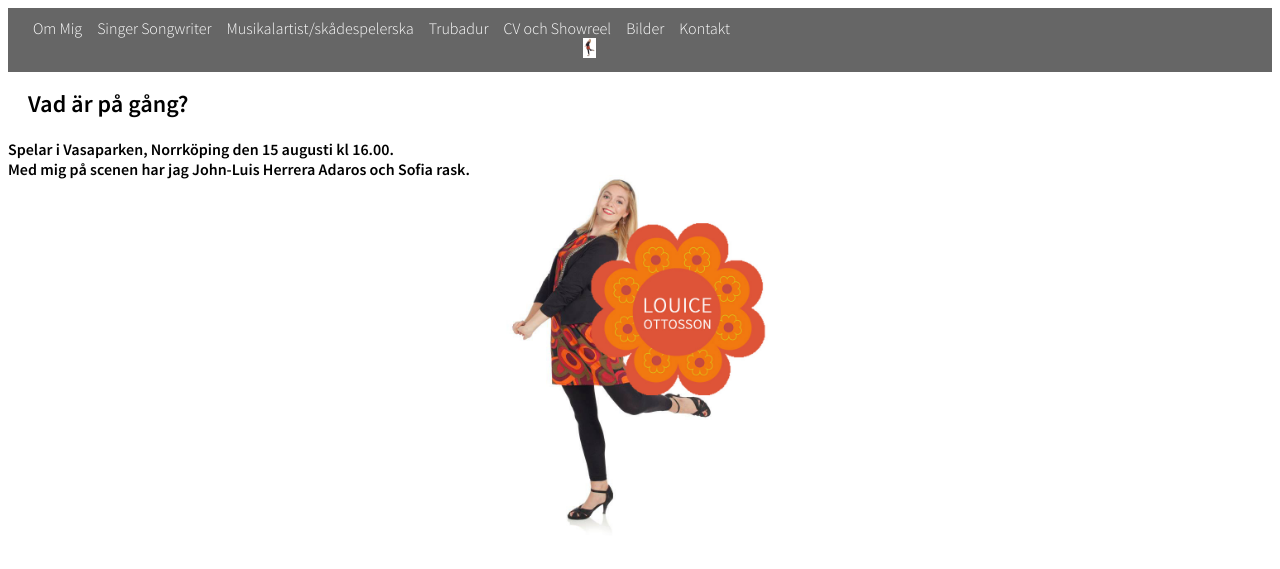
Repository: MarkusGirdland/LouiceOttosson
Page: index.html
The author's editor kept a record of every edit. The page is drawn from the files as they stood at one moment, then again after the next edit.
The browser window is 1280 px wide. The pictures show the whole page.

Above is the page before.

### index.html
<!doctype html>
<html lang="sv">
    <head>

        <meta charset="utf-8"/>
        <title>Louice Ottosson</title>
        <meta name="viewport" content="width:device-width, initial-scale=1.0" />
        <link rel="Stylesheet" media="only screen and (max-width:481px)" href="../css/basic.css" />
        <link rel="Stylesheet" href="css/basic.css" />
    </head>

    <body id="indexMain">
        <div id="container">

            <!-- Menyn -->
            <nav>
                <ul id="meny">
                    <li class="lista"><a href="pages/omMig.html">Om Mig</a></li>
                    <li class="lista"><a href="pages/singerSongwriter.html">Singer Songwriter</a></li>
                    <li class="lista"><a href="pages/musikalartist.html">Musikalartist/skådespelerska</a></li>
                    <li class="lista"><a href="pages/trubadur.html">Trubadur</a></li>
                    <li class="lista"><a href="pages/CVochShowreel.html">CV och Showreel</a></li>
                    <li class="lista"><a href="pages/bilder.html">Bilder</a></li>
                    <li class="lista"><a href="pages/kontakt.html">Kontakt</a></li>
                    <li class="lista"><a class="Index" href="index.html"><img src="images/danspose.jpg" alt="Start" width="auto" height="20" /></a></li>
                </ul>

                <select name="selector" onchange="window.location=this.value;">
                    <option value="" selected="selected">Välj sida...</option>

                    <option value="index.html">Hem</option>
                    <option value="pages/omMig.html">Om Mig</option>
                    <option value="pages/singerSongwriter.html">Singer Songwriter</option>
                    <option value="pages/musikalartist.html">Musikalartist/skådespelerska</option>
                    <option value="pages/trubadur.html">Trubadur</option>
                    <option value="pages/CVochShowreel.html">CV och Showreel</option>
                    <option value="pages/bilder.html">Bilder</option>
                    <option value="pages/kontakt.html">Kontakt</option>
              </select>
            </nav>

            <main>
            <br />
            <br />
                <h2 id="indexh2" class="CVtext">Vad är på gång?</h2>
                <p class="CVtext">Spelar i Vasaparken, Norrköping den 15 augusti kl 16.00. <br />
                Med mig på scenen har jag John-Luis Herrera Adaros och Sofia rask.</p>
            </main>
        </div>

        <script src="script/script.js"></script>
    </body>
</html>

### css/basic.css
#indexMain{
    background-image: url(../images/danspose2.jpg);
    background-repeat: no-repeat;
    background-position: center;
    background-attachment:fixed;

}

#omMigMain{
    background-image: url(../images/hej.jpg);
    background-repeat: no-repeat;
    background-position: center;
    background-attachment:fixed;
}

#singerSongwriterMain{
    background-color: black;
    background-image: url(../images/livekarusell.jpg);
    background-repeat: no-repeat;
    background-position: center;
    background-attachment:fixed;
    font-family: "SourceSansLight";
}

#musikalartistMain{
    background-color: black;
    background-image: url(../images/mj.jpg);
    background-repeat: no-repeat;
    background-position: center;
    background-attachment:fixed;
    font-family: "SourceSansLight";
}

#trubadurMain{
    background-image: url(../images/trubadur.jpg);
    background-repeat: no-repeat;
    background-position: center;
    background-attachment:fixed;
}

#CVMain{
    background-image: url(../images/cv-bild.jpg);
    background-repeat: no-repeat;
    background-position: center;
    background-attachment:fixed;

}

#kontaktMain{
    background-image: url(../images/kontakt.jpg);
    background-repeat: no-repeat;
    background-position: center;
    background-attachment:fixed;
}

#indexh2{
    margin-left: 20px;
}

main {
    font-family: "SourceSans";
}

#meny{
    position: relative;
    float: left;
    margin-top: 0;
    padding-top: 0;

    list-style-type: none;

    font-family: "SourceSansLight";

    color: white;
    display: block;
    background-color: rgba(0, 0, 0, 0.6);
    padding: 10px;
}

#singSongMeny {
    position: relative;
    float: left;
    margin-top: 0;
    padding-top: 0;

    list-style-type: none;

    font-family: "SourceSansLight";

    color: white;
    display: block;
    background-color: rgba(200, 0, 0, 0.6);
    padding: 10px;
}

.lista{
    float: left;
    margin-left: 15px;
}

.Index{
    margin-left: 550px;
    float: right;
}

#meny .active{
    color: red;
}

#singSongMeny .active{
    color: red;
}

.indexText {
    margin-left: 30%;
    font-family: "SourceSansLight";
}

#CVtext .CVlink{
    color: blue;
}

.singSongText {
    color: white;
    font-family: "SourceSansLight";
}

#singSongh4 {
    font-family: "SourceSansLight";
    color: white;
}

#resultat {
    font-family: "SourceSansLight";
    color: white;
}


a:link { text-decoration: none}
a:link { color: white; }
a:visited { color: white; }
a:hover { color: red; }

#galleryContainer {
    padding: 50px;
    background-position: center center;
    background-repeat: repeat;
    overflow: auto;
}

#images {
    padding: 50px;
    margin-left: 30px;
}

#images img {
    max-height: 150px;
    max-width: 150px;
    height: auto;
    width: auto;
    margin-left: 25px;
    display: block;
}

#spotify{
    padding-left: 50px;
}

#images a {
    position: relative;
    background: white;
    display: inline;
    float: left;
    margin: 0 15px 30px;
    padding: 10px 10px 25px;
    text-align: center;
    text-decoration: none;
    -webkit-box-shadow: 0 4px 6px rgba(0, 0, 0, .3);
    -moz-box-shadow: 0 4px 6px rgba(0,0,0,.3);
	box-shadow: 0 4px 6px rgba(0,0,0,.3);
	-webkit-transition: all .15s linear;
	-moz-transition: all .15s linear;
	transition: all .15s linear;
	z-index: 0;
	-webkit-transform: rotate(5deg);
	-moz-transform: rotate(5deg);
	transform: rotate(5deg);
	border: 1px solid black;
}

#images a:after {
    color: black;
    font-family: "SourceSansLight";
	font-size: 15px;
	content: attr(title);
	position: relative;
	top:15px;

}

#images a:nth-child(3n)
{
	-webkit-transform: rotate(-10deg);
	-moz-transform: rotate(-10deg);
	transform: rotate(-10deg);
}

#images a:nth-child(5n) {
	-webkit-transform: rotate(15deg);
	-moz-transform: rotate(15deg);
	transform: rotate(15deg);
}

#images a:hover {
	-webkit-transform: rotate(0deg);  /* Rotera till 0 grader */
	-moz-transform: rotate(0deg);
    transform: rotate(0deg);
	-webkit-transform: scale(1.5); /* Skala upp den */
	-moz-transform: scale(1.5);
    transform: scale(1.5);
	z-index:10;                     /* Lägg den över dom andra i Z-index */
	-webkit-box-shadow: 0 10px 20px rgba(0, 0, 0, .7);      /* Bleka ut skuggan */
	-moz-box-shadow: 0 10px 20px rgba(0,0,0,.7);
    box-shadow: 0 10px 20px rgba(0,0,0,.7);
}

#images a:focus {
	-webkit-transform: rotate(0deg);  /* Rotera till 0 grader */
	-moz-transform: rotate(0deg);
    transform: rotate(0deg);
	-webkit-transform: scale(1.5); /* Skala upp den */
	-moz-transform: scale(1.5);
    transform: scale(1.5);
	z-index:10;                     /* Lägg den över dom andra i Z-index */
	-webkit-box-shadow: 0 10px 20px rgba(0, 0, 0, .7);      /* Bleka ut skuggan */
	-moz-box-shadow: 0 10px 20px rgba(0,0,0,.7);
    box-shadow: 0 10px 20px rgba(0,0,0,.7);
}

@font-face {
    font-family: SourceSans;
    src: url(../fonts/SourceSansPro-Semibold.ttf);
}

@font-face {
    font-family: SourceSansLight;
    src: url(../fonts/SourceSansPro-Light.ttf);
}

@font-face {
    font-family: SourceSansBold;
    src: url(../fonts/SourceSansPro-Bold.ttf);
}

#singerSongwriterMain{
    background-position: left 60% center;
}

#musikalartistMain{
    background-position: left 85% center;
}

#trubadurMain{
    background-position: left 60% center;
}

@media only screen and (max-width:1600px){
    #indexMain{
        background-size: 30%;
    }

    #omMigMain{
        background-size: 35%;
    }

    #singerSongwriterMain{
        background-size: 35%;
    }

    #musikalartistMain{
       background-size: 45%;
    }

    #trubadurMain{
        background-size: 35%;
    }

    #CVMain{
        background-size: 55%;
    }

    #kontaktMain{
        background-size: 30%;
    }
}

@media only screen and (max-width:1400px){
    #indexMain{
        background-size: 25%;
    }

    #omMigMain{
        background-size: 25%;
    }

    #singerSongwriterMain{
        background-size: 25%;
    }

    #musikalartistMain{
       background-size: 35%;
    }

    #trubadurMain{
        background-size: 25%;
    }

    #CVMain{
        background-size: 45%;
    }

    #kontaktMain{
        background-size: 25%;
    }
}

@media only screen and (max-width:1000px){
    #indexMain{
        background-size: 15%;
    }

    #omMigMain{
        background-size: 15%;
    }

    #singerSongwriterMain{
        background-size: 15%;
    }

    #musikalartistMain{
       background-size: 25%;
    }

    #trubadurMain{
        background-size: 15%;
    }

    #CVMain{
        background-size: 35%;
    }

    #kontaktMain{
        background-size: 15%;
    }
}

@media only screen and (max-width:700px){
    #indexMain{
        background-size: 5%;
    }

    #omMigMain{
        background-image: none;
    }

    #singerSongwriterMain{
        background-image: none;
    }

    #musikalartistMain{
        background-image: none;
    }

    #trubadurMain{
        background-size: 5%;
    }

    #CVMain{
        background-size: 25%;
    }

    #kontaktMain{
        background-size: 5%;
    }
}

nav select {
  display: none;
}

@media (max-width: 960px) {
  nav ul     { display: none; }
  nav select { display: inline-block; }

  #meny{
      display: none;
  }

  #singSongMeny {
      display: none;
  }

  #indexMain{
        background-image: none;
    }

    #omMigMain{
        background-image: none;
    }

    #singerSongwriterMain{
        background-image: none;
    }

    #musikalartistMain{
        background-image: none;
    }

    #trubadurMain{
        background-image: none;
    }

    #CVMain{
        background-image: none;
    }

    #kontaktMain{
        background-image: none;
    }
}


select {
    padding:3px;
    margin: 0;
    -webkit-border-radius:4px;
    -moz-border-radius:4px;
    border-radius:4px;
    -webkit-box-shadow: 0 3px 0 #ccc, 0 -1px #fff inset;
    -moz-box-shadow: 0 3px 0 #ccc, 0 -1px #fff inset;
    box-shadow: 0 3px 0 #ccc, 0 -1px #fff inset;
    background: #f8f8f8;
    color:#888;
    border:none;
    outline:none;
    display: inline-block;
    -webkit-appearance:none;
    -moz-appearance:none;
    appearance:none;
    cursor:pointer;
}

/* Targetting Webkit browsers only. FF will show the dropdown arrow with so much padding. */
@media screen and (-webkit-min-device-pixel-ratio:0) {
    select {padding-right:18px}
}

label {position:relative}
label:after {
    content:'<>';
    font:11px "Consolas", monospace;
    color:#aaa;
    -webkit-transform:rotate(90deg);
    -moz-transform:rotate(90deg);
    -ms-transform:rotate(90deg);
    transform:rotate(90deg);
    right:8px; top:2px;
    padding:0 0 2px;
    border-bottom:1px solid #ddd;
    position:absolute;
    pointer-events:none;
}
label:before {
    content:'';
    right:6px; top:0px;
    width:20px; height:20px;
    background:#f8f8f8;
    position:absolute;
    pointer-events:none;
    display:block;
}

Loaded but not shown: script/script.js (no copy from this time; the picture is the same without it)

After the next edit:
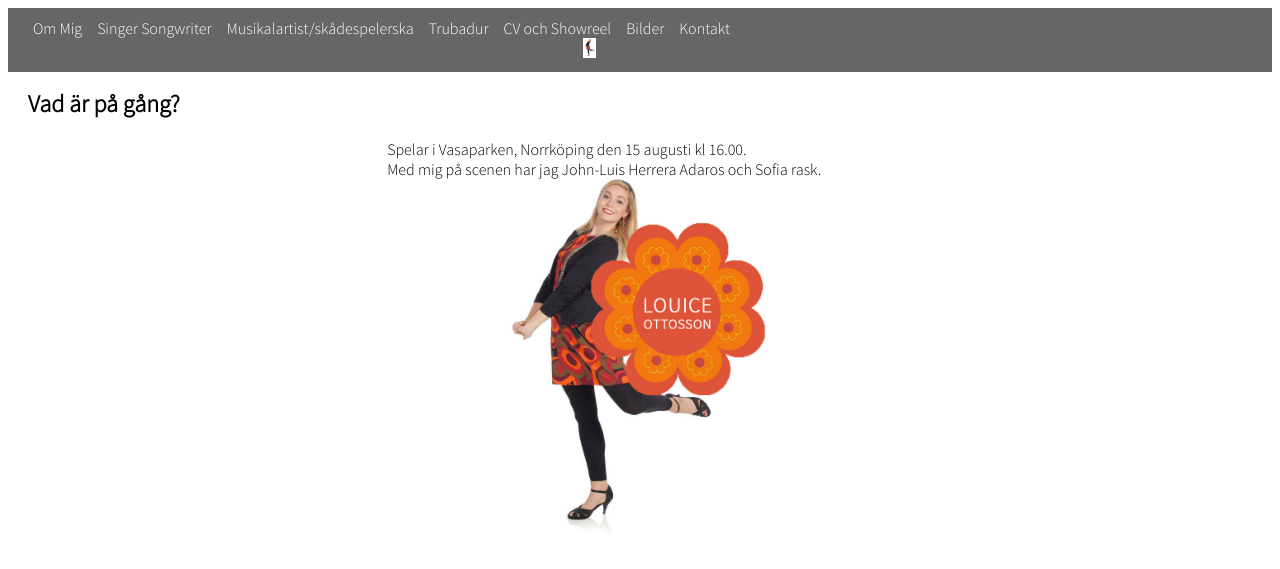
The edit:
--- a/index.html
+++ b/index.html
@@ -42,8 +42,8 @@
             <main>
             <br />
             <br />
-                <h2 id="indexh2" class="CVtext">Vad är på gång?</h2>
-                <p class="CVtext">Spelar i Vasaparken, Norrköping den 15 augusti kl 16.00. <br />
+                <h2 id="indexh2" class="indexText">Vad är på gång?</h2>
+                <p class="indexText">Spelar i Vasaparken, Norrköping den 15 augusti kl 16.00. <br />
                 Med mig på scenen har jag John-Luis Herrera Adaros och Sofia rask.</p>
             </main>
         </div>
